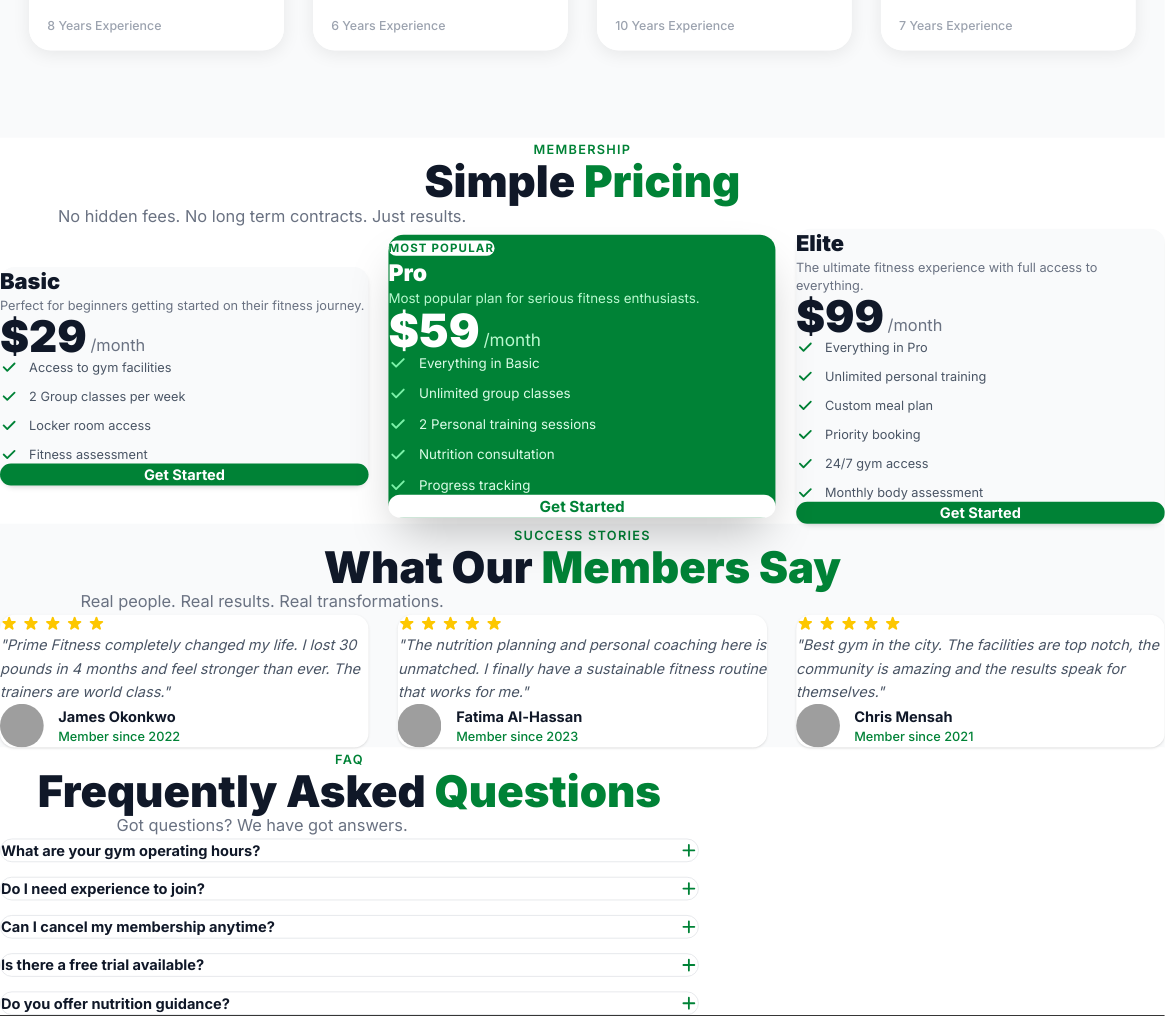
Repository: joshuaonazi/primeFitness
Page: /
An editor plug-in stored every save of this project. The page is shown before and after the next save, followed by the edit.
The browser window is 1280 px wide. The pictures show the part of the page from y = 4561 to 5677 px (the page is 6192 px tall), at 91% of full size.
Pictures or frames that could not be fetched are drawn as grey boxes. The project was rebuilt for these pictures with package versions that can differ from the ones it lists, and the page was loaded fresh each time. Also part of the build but not shown: vite.config.js.

Above is the page before, as saved 2026-05-28 16:06:38.

After the next save:
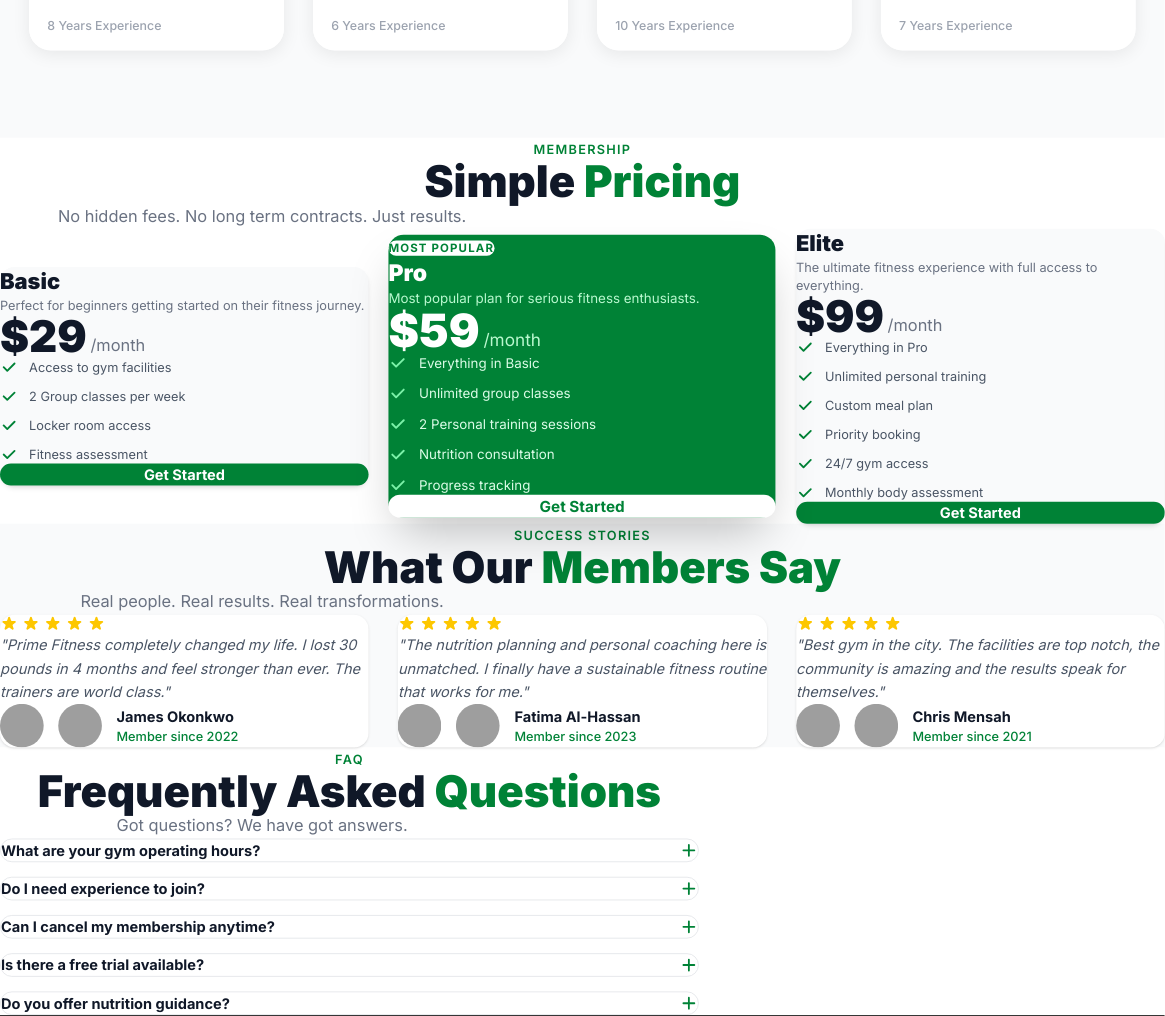
Saved 42 min 33 s later.
--- a/src/sections/Testimonials.jsx
+++ b/src/sections/Testimonials.jsx
@@ -32,6 +32,7 @@
               {/* Member Info */}
               <div className="flex items-center gap-4">
                 <img src={testimonial.image} alt={testimonial.name} className="w-12 h-12 rounded-full object-cover" alt="" />
+                <img src={testimonial.image} alt={testimonial.name} className="w-12 h-12 rounded-full object-cover" />
                 <div>
                   <h4 className="font-bold text-gray-900">{testimonial.name}</h4>
                   <p className="text-green-700 text-sm font-medium">{testimonial.role}</p>

After the save that followed:
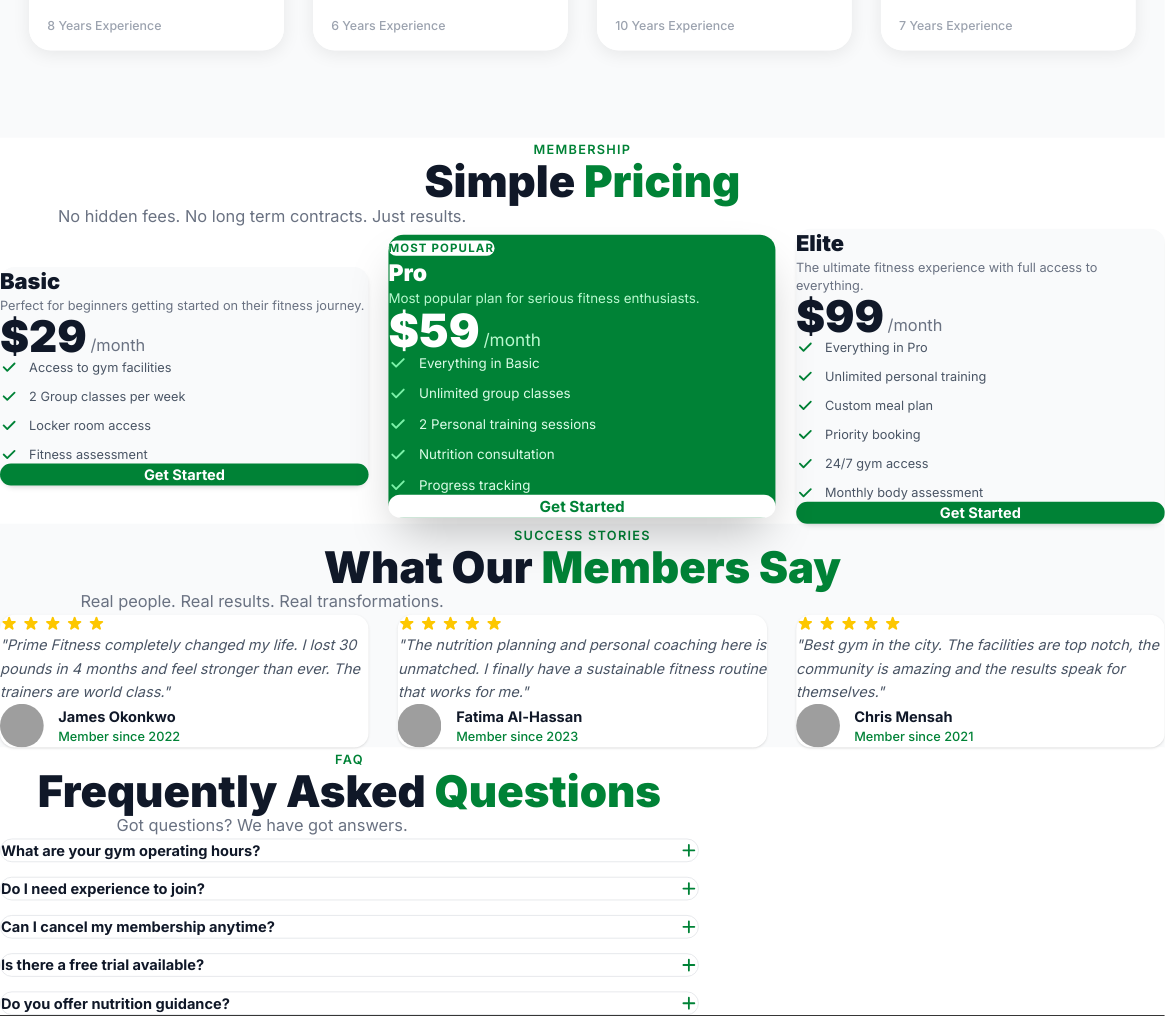
Saved 21 s later.
--- a/src/sections/Testimonials.jsx
+++ b/src/sections/Testimonials.jsx
@@ -32,7 +32,6 @@
               {/* Member Info */}
               <div className="flex items-center gap-4">
                 <img src={testimonial.image} alt={testimonial.name} className="w-12 h-12 rounded-full object-cover" alt="" />
-                <img src={testimonial.image} alt={testimonial.name} className="w-12 h-12 rounded-full object-cover" />
                 <div>
                   <h4 className="font-bold text-gray-900">{testimonial.name}</h4>
                   <p className="text-green-700 text-sm font-medium">{testimonial.role}</p>
